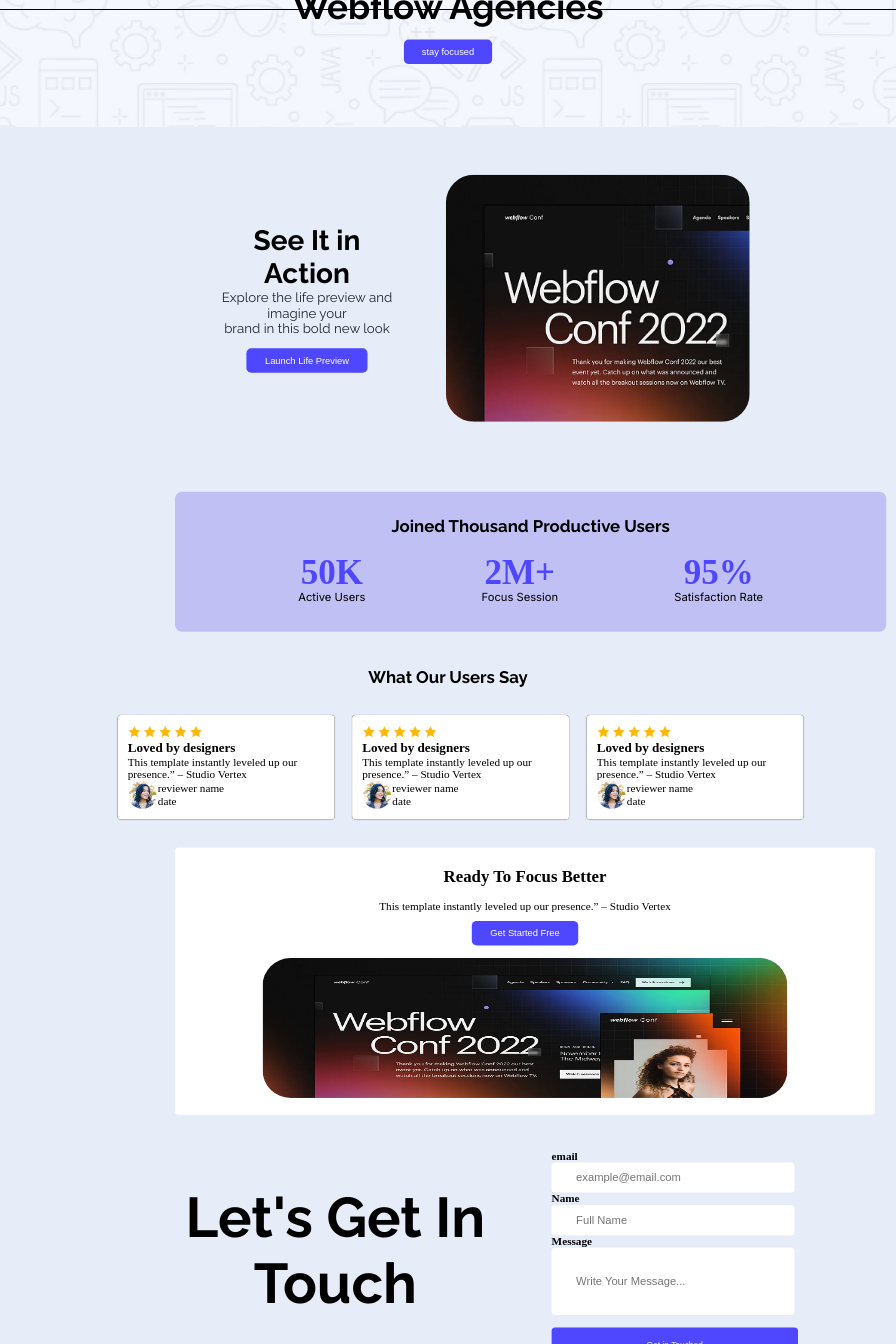
Repository: dollyrakhe22/landing-launchpad
Page: index.html
These files come from the project's save history. The page is drawn as it stood at one moment and after the next save; the edit follows.
The browser window is 1280 px wide. The pictures show the part of the page from y = 351 to 2271 px (the page is 2620 px tall before and 2599 px after), at 70% of full size.

Above is the page before, as saved 2025-07-11 15:51:43.

### index.html
<!DOCTYPE html>
<html lang="en">
<head>
    <meta charset="UTF-8">
    <meta name="viewport" content="width=device-width, initial-scale=1.0">
    <title>Landing Launchpad</title>
    <link rel="preconnect" href="https://fonts.googleapis.com">
    <link rel="preconnect" href="https://fonts.googleapis.com">
<link rel="preconnect" href="https://fonts.gstatic.com" crossorigin>
<link href="https://fonts.googleapis.com/css2?family=Inter:ital,opsz,wght@0,14..32,100..900;1,14..32,100..900&family=Open+Sans:ital,wght@0,300..800;1,300..800&family=Raleway:ital,wght@0,100..900;1,100..900&display=swap" rel="stylesheet">
    <link rel="stylesheet" href="style.css">
   </head>
   <body>
    <header>

        <nav>
         <h2 class="inter-normal">LOGO</h2>
            <a href="#"><button class="btn">sign up</button></a>
        </nav>
        <div class="banner-section">
             <h1 class="raleway-normal" >Cool Dark UI Template for <br>Webflow Agencies</h1><br>
            <a href=""><button class="button-container">stay focused</button></a>
        </div>
    </header>
    <main>
           <!--action-container--->
           <div class="section-1">
            <div class="action-text">
                <h3 class="raleway-normal">See It in Action</h3>
                <p class="raleway-normal " >Explore the life preview and imagine your<br>brand in this bold new look</p><br>
                 <a href=""><button class="button-container">Launch Life Preview</button></a>
                 </div>
                <div>
                     <img src="Assets/wc-mini.png" weight="90%"height="100%"
                     alt="" srcset="">
                </div>
            </div>
           <!--Users-Section-->
           <section class="users-container">
            <h1 class="raleway-normal">Joined Thousand Productive Users</h1>
            <div class="contain">
                 <div>
                <h1>50K</h1>
                <p class="inter-normal">Active Users</p>
            </div>
            <div>
                <h1>2M+</h1>
                <p class="inter-normal">Focus Session</p>
            </div>
            <div>
                <h1>95%</h1>
                <p class="inter-normal">Satisfaction Rate</p>
            </div>
            </div>


           </section>
            <!--Review-Card-->
            <section class="review-card">
                <h1 class="raleway-normal">What Our Users Say</h1>
                <div class="review-box">


                    <div class="box-1">
                 <div class="stars">
                   <img src="Assets/icon-star.png" alt="" srcset="">
                   <img src="Assets/icon-star.png" alt="" srcset="">
                   <img src="Assets/icon-star.png" alt="" srcset="">
                   <img src="Assets/icon-star.png" alt="" srcset="">
                   <img src="Assets/icon-star.png" alt="" srcset="">
                </div>
                <h3>Loved by designers</h3>
                <p>This template instantly leveled up our<br> presence.” – Studio Vertex</p>
                <div class="avater">
                <div class="user-details">
                    <img src="Assets/avatar.png" alt="" srcset="">

                <p>reviewer name<br>date</p>

                </div>
                </div>

               </div>

                <div class="box-1">
                     <div class="stars">
                   <img src="Assets/icon-star.png" alt="" srcset="">
                   <img src="Assets/icon-star.png" alt="" srcset="">
                   <img src="Assets/icon-star.png" alt="" srcset="">
                   <img src="Assets/icon-star.png" alt="" srcset="">
                   <img src="Assets/icon-star.png" alt="" srcset="">
                </div>
                <h3>Loved by designers</h3>
                <p>This template instantly leveled up our<br> presence.” – Studio Vertex</p>
                <div class="avater">
                <div class="user-details">
                    <img src="Assets/avatar.png" alt="" srcset="">

                <p>reviewer name<br>date</p>

                </div>
                </div>
                </div>



                <div class="box-1">
                         <div class="stars">
                   <img src="Assets/icon-star.png" alt="" srcset="">
                   <img src="Assets/icon-star.png" alt="" srcset="">
                   <img src="Assets/icon-star.png" alt="" srcset="">
                   <img src="Assets/icon-star.png" alt="" srcset="">
                   <img src="Assets/icon-star.png" alt="" srcset="">
                </div>
                <h3>Loved by designers</h3>
                <p>This template instantly leveled up our<br> presence.” – Studio Vertex</p>
                <div class="avater">
                <div class="user-details">
                    <img src="Assets/avatar.png" alt="" srcset="">

                <p>reviewer name<br>date</p>

                </div>
                </div>
                </div>
                </div>
            </section>
<!--Focus-Section-->
<section class="focus-container">
        <div>
            <h1>Ready To Focus Better</h1>
            <p>This template instantly leveled up our presence.” – Studio Vertex</p>
            <a href=""><button class="button-container">Get Started Free</button></a>
        </div>
        <br>
        <div>
            <img src="Assets/wc-big.png" alt="" srcset="">
        </div>





</section>

<section>
 <div>
    <div class="lets">
        <h1 class="raleway-normal">Let's Get In<br>Touch</h1>
  <div class="wrapper">
    <div class="input-data">
        <h4>email</h4>
        <input type="email" placeholder="example@email.com"><br>
       <h4>Name</h4>
       <input type="name" placeholder="Full Name"><br>
          <h4>Message</h4>
        <input type="text" placeholder="Write Your Message..." class="input-message"><br><br>
         <input type="button" value="Get in Touched" class="input-button">


    </div>

  </div>
    </div>
 </div>
</section>
    </main>
<!--Footer-Section-->
    <footer>
<div class="footer-header">

           <div>
            <img src="Assets/LOGO.png" alt="" srcset="" width="170px">
           </div><br>

            <p>Ready to elevate your online presence? Contact us today to discuss<br>
                 your project and discover how we can bring your vision to life.</p><br>

              <div class="footer-list-container">
                 <ul class="list">
                  <li><a href="">Home</a></li>
                  <li><a href="">About</a></li>
                  <li><a href="">How its Work</a></li>
                  <li><a href="">Services</a></li>



                 </ul>
              </div>




</div>

    </footer>
</body>
</html>

### style.css
*{
    padding: 0;
    margin: 0;
}
body{
    background-color:#E6EDF9 ;
}
.inter-normal {
  font-family: "Inter", sans-serif;
  font-optical-sizing: auto;
  font-style: normal;


}


header{
    background-image: url("Assets/Hero-bg.png");


}
/*nav style*/
h2{
    color:#4E47FF;
   font-weight:bolder;
   font-size: 35px;


}



nav{
    display: flex;
    justify-content: space-between;
    padding: 70px;
}
nav button{
    text-decoration: none;
    padding: 10px 25px;
    background-color:#4E47FF ;
    color:white;
    border-radius: 5px;
    border: none;


}
.btn:hover{
    cursor: pointer;
    background-color: rgb(214, 133, 133);
    color: black;
}
.raleway-normal{
  font-family: "Raleway", sans-serif;
  font-optical-sizing: auto;
  font-style: normal;
}
.banner-section{
    text-align: center;
    padding: 90px;
}
.banner-section h1{
    font-weight: bolder;
    font-size: 50px;
}
.button-container{
     padding: 10px 26px;
    background-color:#4E47FF ;
    color:white;
    border-radius: 7px;
    border: none;

}
.button-container:hover{
    cursor: pointer;
    background-color: rgb(214, 133, 133);
    color: black;
}
/*action-container*/

.section-1{
    display: flex;
    justify-content: space-between;
    padding: 50px;
    margin: 190px;
    margin-top: 18px;

}
.action-text{
    text-align: center;
    margin: 50px;
    padding: 20px;
}
.section-1 h3{
    font-size: 40px;
}
.section-1  p{
    color:#252432;
    font-size: 19px;
}
.section-1 img{
    border-radius: 40px;


}
/*Users- Section*/
.users-container{

    text-align: center;
    border: none;
    background-color: #c1c0f4;
    max-width: 996px;
    padding:10px;
    margin: 0px 0px 0px 250px;
    margin-bottom: 50px;
    margin-top: -140px;
    border-radius: 10px;


}
.users-container{
    width: 100%;
    height: 180px;
}
.users-container h1{
    line-height: 50px;
    padding-top: 15px;

}
.contain{
    display: flex;
    justify-content: center;
    justify-content: space-evenly;
    margin-bottom: 30px;



}
.contain h1{
    color: #4E47FF ;
    font-weight: bold;
    font-size: 50px;

}
/*Review-Card*/

   .box-1{
    border: none;
    width:280px;
    padding: 20px;
    margin-right: 5px;
    background-color:#ffff;
    border-radius: 5px;
    box-shadow: 0px 0px 1px 0px;
    padding: 15px;

   }
.review-box{
    display: flex;
    justify-content: center;
    gap: 20px;
    margin: 40px 0px 40px 40px;


}


.review-card h1{
    text-align: center;
}
.user-details img{
    border-radius: 50%;
}
.user-details{
    display: flex;
    align-items: center;
    gap:2px;
}

/*Focus-Section*/
.focus-container{
    text-align: center;
    margin-bottom: 50px;
    border: none;
    margin-left: 250px;
    padding: 20px 10px 20px 10px;
    width: 980px;
    background-color:#ffff ;
    border-radius: 5px;



}
.focus-container h1 {
    line-height: 45px;
}
.focus-container p{
    line-height: 40px;
}
.focus-container img{
    width: 750px;
    height: 200px;
    border-radius: 40px;
}
.lets{
    display: flex;
    justify-content: center;
    margin-bottom: 40px;
    margin: 48px 170px;
    justify-content: space-evenly;
}
.lets h1{
        text-align: center;
        margin: 50px;
        font-size: 80px;
        font-weight: bold;
}
.wrapper .input-data{
    height: 0px;
    width: 100%;
}
input{
    width: 100%;
    border: none;
    height: 7px;
    font-size: 16px;
    outline: none;
    padding: 18px 35px;
    border-radius: 5px;
    background-color: #ffff;
}
.input-message{
    height: 60px;
    width: 100%;
    border: none;
     background-color: #ffff;

}

.input-button:hover{
    cursor: pointer;
    background-color: rgb(214, 133, 133);
    color: black;
}
.input-button{
    background-color: #4E47FF;
    padding-bottom: 26px;
    width:127%;
    color:#E6EDF9;
    font-size: 12px;


}
/*--footer-Section--*/
footer{
         height: 290px;
         background-color:#ffff ;

}

footer p{
    color: #8987A1;
    font-size: 15px;
}
.footer-header{
    text-align: center;
    padding: 70px;

}
.footer-list-container ul li{
        list-style: none;
        text-decoration: none;
        display: flex;
        justify-content: center;

}
.footer-list-container ul li a{
    text-decoration: none;
    color: #8987A1;


}
.footer-list-container .list{
    display: flex;
    justify-content: center;
    gap: 25px;

}

After the next save:
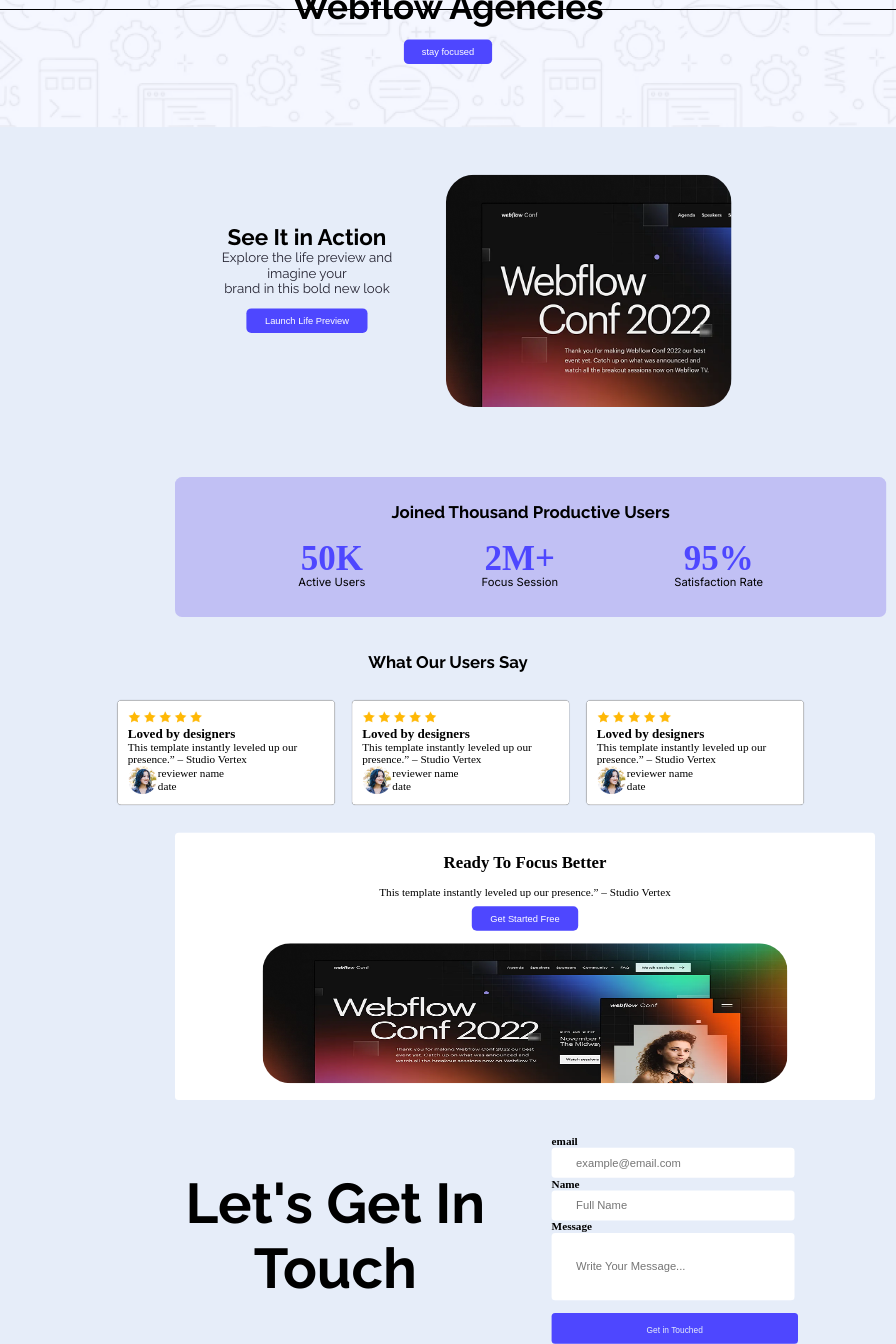
Saved 2 min 48 s later.
--- a/index.html
+++ b/index.html
@@ -26,7 +26,7 @@
            <!--action-container--->
            <div class="section-1">
             <div class="action-text">
-                <h3 class="raleway-normal">See It in Action</h3>
+                <h1 class="raleway-normal">See It in Action</h1>
                 <p class="raleway-normal " >Explore the life preview and imagine your<br>brand in this bold new look</p><br>
                  <a href=""><button class="button-container">Launch Life Preview</button></a>
                  </div>
